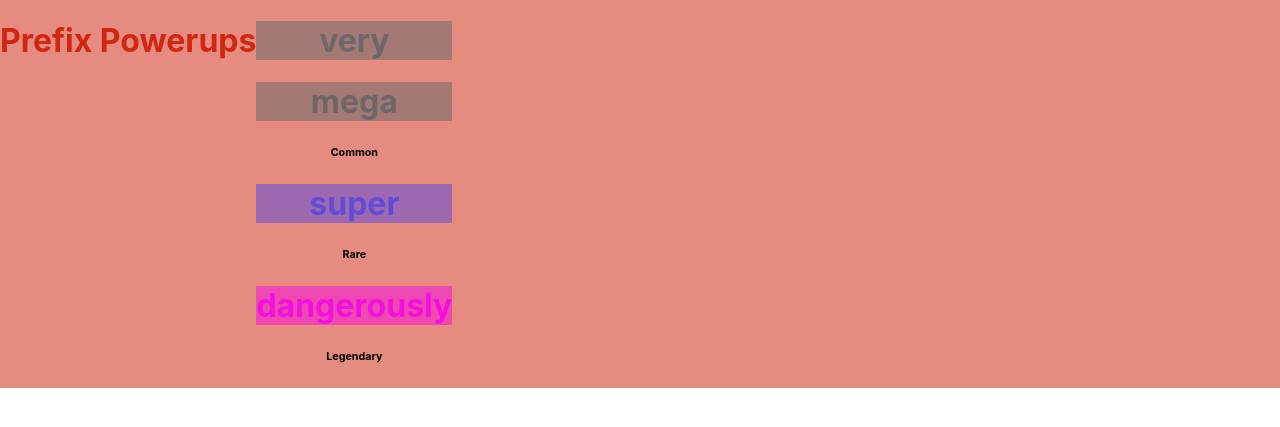
Repository: bsalgado98/buns-inator
Page: /
These files come from the project's save history. The page is drawn as it stood at one moment and after the next save; the edit follows.
The browser window is 1280 px wide. The pictures show the whole page.
The project was rebuilt for these pictures with package versions that can differ from the ones it lists, and the page was loaded fresh each time.

Above is the page before, as saved 2022-04-25 22:26:02.

### src/index.css
body {
    margin: 0;
    padding: 0;
    font-family: -apple-system, BlinkMacSystemFont, 'Segoe UI', 'Roboto', 'Oxygen',
        'Ubuntu', 'Cantarell', 'Fira Sans', 'Droid Sans', 'Helvetica Neue',
        sans-serif;
    -webkit-font-smoothing: antialiased;
    -moz-osx-font-smoothing: grayscale;
}

code {
    font-family: source-code-pro, Menlo, Monaco, Consolas, 'Courier New', monospace;
}

### src/App.js
import './App.css';
import WordBank from './components/WordBank/WordBank'

function App() {
    const wordList = {
        prefixPowerups: [
            {
                sectionTitle: "Common",
                words: ['very', 'mega'],
                color: "#6b6867"
            },
            {
                sectionTitle: "Rare",
                words: ['super'],
                color: "#614cd9"
            },
            {
                sectionTitle: "Legendary",
                words: ['dangerously'],
                color: "#f50fde"
            }
        ]
    }

    return (
        <div className="App">
            <WordBank bankTitle='Prefix Powerups' color="#d12711" wordCollection={wordList.prefixPowerups}/>
        </div>
    );
}

export default App;

### src/components/WordBank/WordBank.js
import createWordSection from "../../utility/wordSection"

const WordBank = ({ bankTitle = "N/A", color = "#000000", wordCollection = [] }) => {
    const styles = {
        container: {
            style: {
                backgroundColor: `${color}88`,
                display: 'flex'
            }
        },
        title: {
            style: {
                color: color
            },
            container: {
                style: {
                    display: 'flex'
                }
            }
        },
        collectionArea: {
            style: {

            }
        }
    }
    return (
        <div style={styles.container.style}>
            <div style={styles.title.container.style}>
                <h1 style={styles.title.style}>{bankTitle}</h1>
            </div>
            <div>
                {wordCollection.map((section, i) => {
                    console.log(section.sectionTitle)
                    return (
                        <div key={`section-${i}`}>
                            {createWordSection(section.words, section.color)}
                            <h6>{section.sectionTitle}</h6>
                        </div>
                    )
                })}
            </div>
        </div>
    )
}

export default WordBank

### src/utility/wordSection.js
import WordCard from "../components/WordCard/WordCard";

function createWordSection(words, wordColor) {
    return words.map((word, i) => <WordCard key={`word-${i}`} text={word} color={wordColor} />)
}

export default createWordSection

### src/components/WordCard/WordCard.js
const WordCard = ({ text = "N/A", color = "#000000" }) => {
    const styles = {
        container: {
            style: {
                background: `${color}88`,
                display: 'block'
            }
        },
        text: {
            style: {
                color: color
            }
        }
    }
    return (
        <div style={styles.container.style}>
            <h1 style={styles.text.style}>{text}</h1>
        </div>
    )
}

export default WordCard

Loaded but not shown: public/index.html (common file); src/index.js (common file); src/reportWebVitals.js (common file); src/App.css (common file)

After the next save:
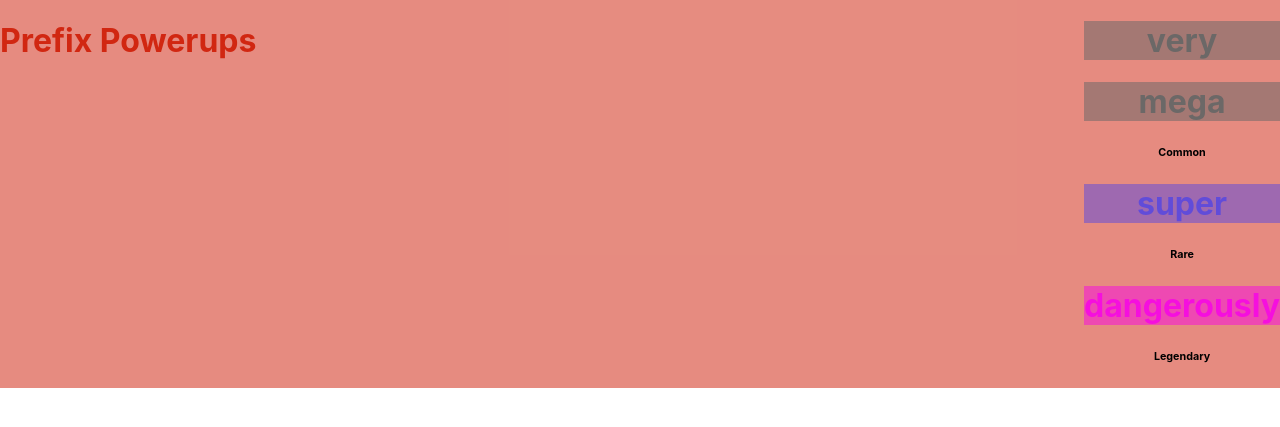
Saved 26 s later.
--- a/src/components/WordBank/WordBank.js
+++ b/src/components/WordBank/WordBank.js
@@ -14,7 +14,8 @@ const WordBank = ({ bankTitle = "N/A", color = "#000000", wordCollection = [] })
             },
             container: {
                 style: {
-                    display: 'flex'
+                    display: 'flex',
+                    width: '100%'
                 }
             }
         },
